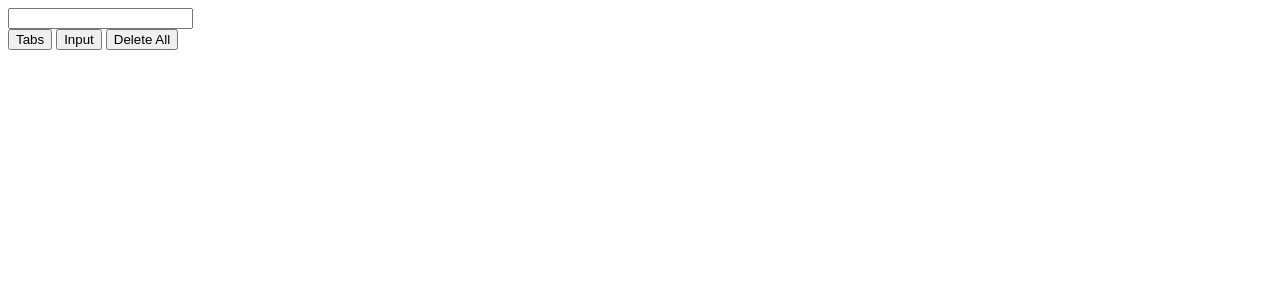
Repository: IdowuMicheal-1/Text-Tab-Organizer
Page: popup.html
The author's editor kept a copy of each file at every save. The page is drawn from the files as they stood at one save, then again after a run of saves.
The browser window is 1280 px wide. The pictures show the whole page.

Above is the page before, as saved 2025-05-14 09:34:04.

After the next 5 saves:
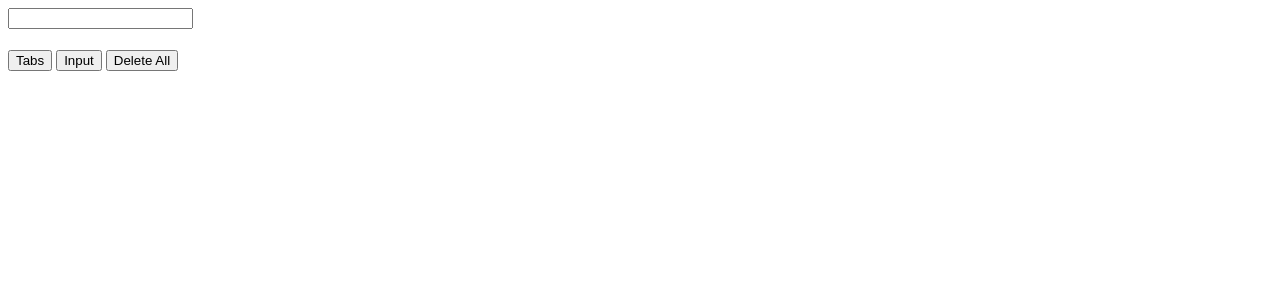
The 5 saves are shown as one change because they came seconds apart.
The last was saved 17 s later.
--- a/popup.html
+++ b/popup.html
@@ -10,9 +10,12 @@
     <div>
         <input type="text">
         <div>
+            <h4></h4>
+            <div>
             <button>Tabs</button>
             <button>Input</button>
             <button>Delete All</button>
+            </div>
         </div>
     </div>
     <script src="./popup.js"></script>
